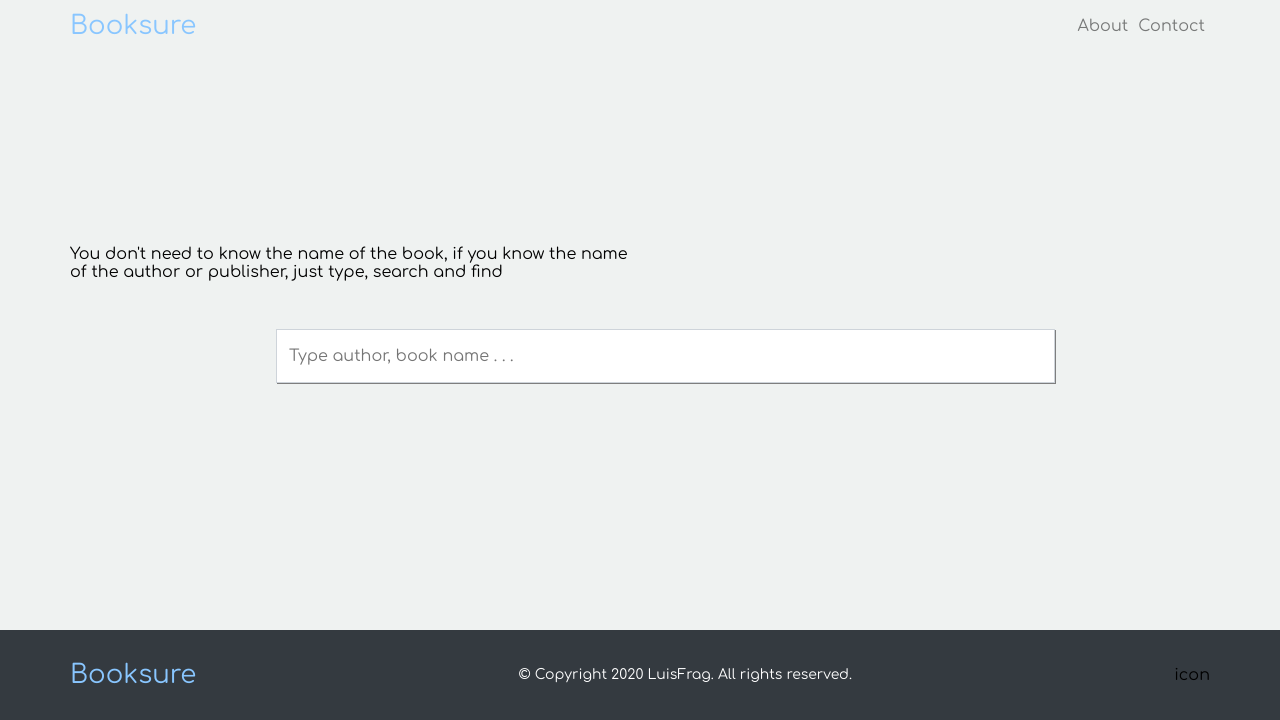
Repository: changesxxx/searchBooks
Page: /search
The author's editor kept a copy of each file at every save. The page is drawn from the files as they stood at one save, then again after the next save.
The browser window is 1280 px wide. The pictures show the whole page.
The project was rebuilt for these pictures with package versions that can differ from the ones it lists, and the page was loaded fresh each time. Also part of the build but not shown: craco.config.js.

Above is the page before, as saved 2024-06-24 17:53:51.

### public/index.html
<!DOCTYPE html>
<html lang="en">

<head>
  <meta charset="utf-8" />
  <link rel="icon" href="%PUBLIC_URL%/favicon.ico" />
  <meta name="viewport" content="width=device-width, initial-scale=1" />
  <meta name="theme-color" content="#000000" />
  <meta name="description" content="Web site created using create-react-app" />
  <link rel="apple-touch-icon" href="%PUBLIC_URL%/logo192.png" />
  <!--
      manifest.json provides metadata used when your web app is installed on a
      user's mobile device or desktop. See https://developers.google.com/web/fundamentals/web-app-manifest/
    -->
  <link rel="manifest" href="%PUBLIC_URL%/manifest.json" />
  <!--
      Notice the use of %PUBLIC_URL% in the tags above.
      It will be replaced with the URL of the `public` folder during the build.
      Only files inside the `public` folder can be referenced from the HTML.

      Unlike "/favicon.ico" or "favicon.ico", "%PUBLIC_URL%/favicon.ico" will
      work correctly both with client-side routing and a non-root public URL.
      Learn how to configure a non-root public URL by running `npm run build`.
    -->
  <title>SearchBooks</title>
</head>

<body>
  <noscript>You need to enable JavaScript to run this app.</noscript>
  <div id="root"></div>
  <!--
      This HTML file is a template.
      If you open it directly in the browser, you will see an empty page.

      You can add webfonts, meta tags, or analytics to this file.
      The build step will place the bundled scripts into the <body> tag.

      To begin the development, run `npm start` or `yarn start`.
      To create a production bundle, use `npm run build` or `yarn build`.
    -->
</body>

</html>

### src/index.js
import React from 'react'

import ReactDOM from 'react-dom/client'

//router
import { BrowserRouter } from 'react-router-dom'

//css重置
import 'normalize.css'
import '@/assets/css/index.css'

import App from './App.jsx'

const root = ReactDOM.createRoot(document.getElementById('root'))

root.render(
  <BrowserRouter>
    <App />
  </BrowserRouter>,
)

### src/assets/css/index.css
@import './reset.css';
@import './common.css';

### src/App.jsx
import React, { memo, useEffect, useState, Suspense } from 'react'
import { useRoutes, useLocation } from 'react-router-dom'
import routes from '@/router'

import PageHeader from './components/pageHeader/PageHeader'
import PageFooter from './components/pageFooter/PageFooter'

const App = memo(() => {
  const [flag, setFlag] = useState(true)

  const location = useLocation()

  useEffect(() => {
    const isExistence = routes.some((route) => location.pathname === route.path)
    setFlag(isExistence)
  }, [location])

  return (
    <Suspense>
      <div
        style={{ display: 'flex', flexDirection: 'column', height: '100vh' }}
      >
        {flag && <PageHeader></PageHeader>}
        {useRoutes(routes)}
        {flag && <PageFooter></PageFooter>}
      </div>
    </Suspense>
  )
})

export default App

### src/assets/css/reset.css
/* 样式的重置 */
body,
html,
h1,
h2,
h3,
h4,
h5,
h6,
ul,
ol,
li,
dl,
dt,
dd,
header,
menu,
section,
p,
input,
td,
th,
ins {
  padding: 0;
  margin: 0;
}

ul,
ol,
li {
  list-style: none;
}

a {
  text-decoration: none;
  color: #666;
}

a:hover {
  color: #666;
  text-decoration: underline;
}

i,
em {
  font-style: normal;
}

input,
textarea,
button,
select,
a {
  outline: none;
  border: none;
}

table {
  border-collapse: collapse;
  border-spacing: 0;
}

img {
  border: none;
  vertical-align: middle;
}

### src/assets/css/common.css
body {
  background-color: #eff2f1;
  font-family: Comfortaa-Regular;
}

@font-face {
  font-family: Comfoorta-Bold;
  src: url('../font/Comfortaa-Bold.ttf');
}

@font-face {
  font-family: Comfortaa-Regular;
  src: url('../font/Comfortaa-Regular.ttf');
}

@font-face {
  font-family: Comfortaa-Light;
  src: url('../font/Comfortaa-Light.ttf');
}

.content_mid {
  width: 1140px;
  margin: 0 auto;
}

### src/router/index.js
import React from 'react'
import { Navigate } from 'react-router-dom'

//组件
const Home = React.lazy(() => import('@/view/home/Home'))
const Search = React.lazy(() => import('@/view/search/Search'))
const Error = React.lazy(() => import('@/view/error/Error'))

const routes = [
  {
    path: '/',
    element: <Navigate to="/home"></Navigate>,
  },
  {
    path: '/home',
    element: <Home />,
  },
  {
    path: '/search',
    element: <Search />,
  },
  {
    path: '*',
    element: <Error />,
  },
]

export default routes

### src/components/pageHeader/PageHeader.jsx
import React, { memo } from 'react'

import { useNavigate } from 'react-router-dom'

import HeaderWrapper from './style'

const PageHeader = memo(() => {
  const navigate = useNavigate()

  function goHome() {
    navigate('/home')
  }

  return (
    <HeaderWrapper className="content_mid">
      <div
        className="title"
        onClick={() => {
          goHome()
        }}
        style={{ cursor: 'pointer' }}
      >
        Booksure
      </div>
      <div className="other">
        <div className="item">About</div>
        <div className="item">Contoct</div>
      </div>
    </HeaderWrapper>
  )
})

export default PageHeader

### src/components/pageFooter/PageFooter.jsx
import React, { memo } from 'react'

import FooterWrapper from './style'

const PageFooter = memo(() => {
  return (
    <FooterWrapper>
      <div className="content_mid content ">
        <div className="title">Booksure</div>
        <div className="text">
          © Copyright 2020 LuisFrag. All rights reserved.
        </div>
        <div className="icon">icon</div>
      </div>
    </FooterWrapper>
  )
})

export default PageFooter

### src/view/search/Search.jsx
import React, { memo } from 'react'

import SearchWrapper from './style'

const Search = memo(() => {
  return (
    <SearchWrapper className="content_mid">
      <div className="describe">
        <div>
          You don't need to know the name of the book, if you know the name of
          the author or publisher, just type, search and find
        </div>
        <div></div>
      </div>

      <div className="input">
        <input
          className="search-input"
          type="text"
          placeholder="Type author, book name . . ."
        />
      </div>
    </SearchWrapper>
  )
})

export default Search

### src/components/pageHeader/style.js
import { styled } from 'styled-components'

const HeaderWrapper = styled.div`
  display: flex;
  justify-content: space-between;
  height: 40px;
  margin-top: 6px;
  padding: 0 15px;

  .title {
    display: flex;
    height: 100%;
    align-items: center;

    font-size: 26px;
    color: #89c6ff;
  }

  .other {
    display: flex;
    height: 100%;

    align-items: center;

    .item {
      margin: 0 5px;
      color: rgba(0, 0, 0, 0.5);
    }
  }
`
export default HeaderWrapper

### src/components/pageFooter/style.js
import { styled } from 'styled-components'

const FooterWrapper = styled.div`
  height: 90px;
  background-color: #343a40;

  .content {
    display: flex;
    height: 100%;
    justify-content: space-between;

    align-items: center;

    .title {
      font-size: 26px;
      color: #89c6ff;
    }

    .text {
      font-size: 14px;
      color: #fff;
    }
  }
`

export default FooterWrapper

### src/view/search/style.js
import { styled } from 'styled-components'

const searchWrapper = styled.div`
  flex: 1;
  display: flex;
  flex-direction: column;
  justify-content: center;

  .describe {
    display: flex;

    div {
      flex: 1;
    }
  }

  .input {
    padding: 48px 16px;
    text-align: center;

    .search-input {
      display: block;

      width: 68%;
      height: 40px;
      margin: 0 190px;

      padding: 0.375rem 0.75rem;

      box-shadow: 1px 1px #7e7e7e;
      border: 1px solid #ced4da;
    }
  }
`

export default searchWrapper

After the next save:
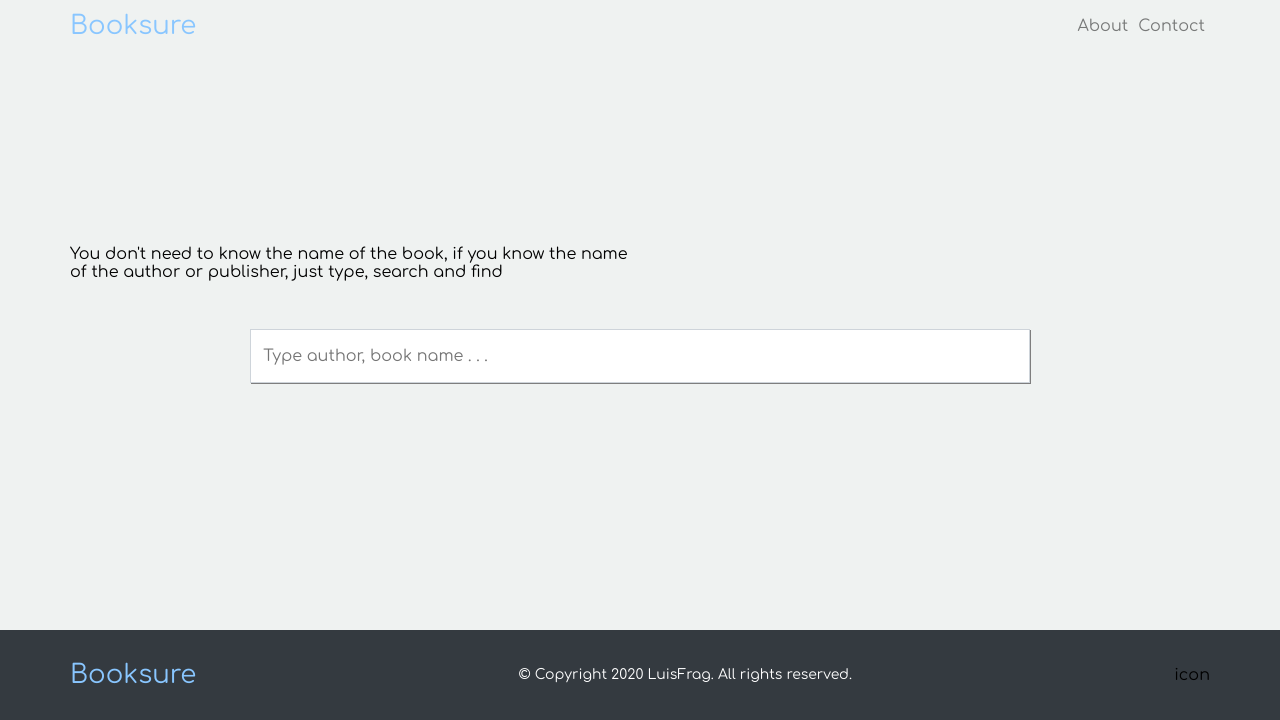
Saved 37 s later.
--- a/src/view/search/style.js
+++ b/src/view/search/style.js
@@ -16,15 +16,13 @@ const searchWrapper = styled.div`
 
   .input {
     padding: 48px 16px;
-    text-align: center;
 
     .search-input {
       display: block;
 
       width: 68%;
       height: 40px;
-      margin: 0 190px;
-
+      margin: 0 auto;
       padding: 0.375rem 0.75rem;
 
       box-shadow: 1px 1px #7e7e7e;
